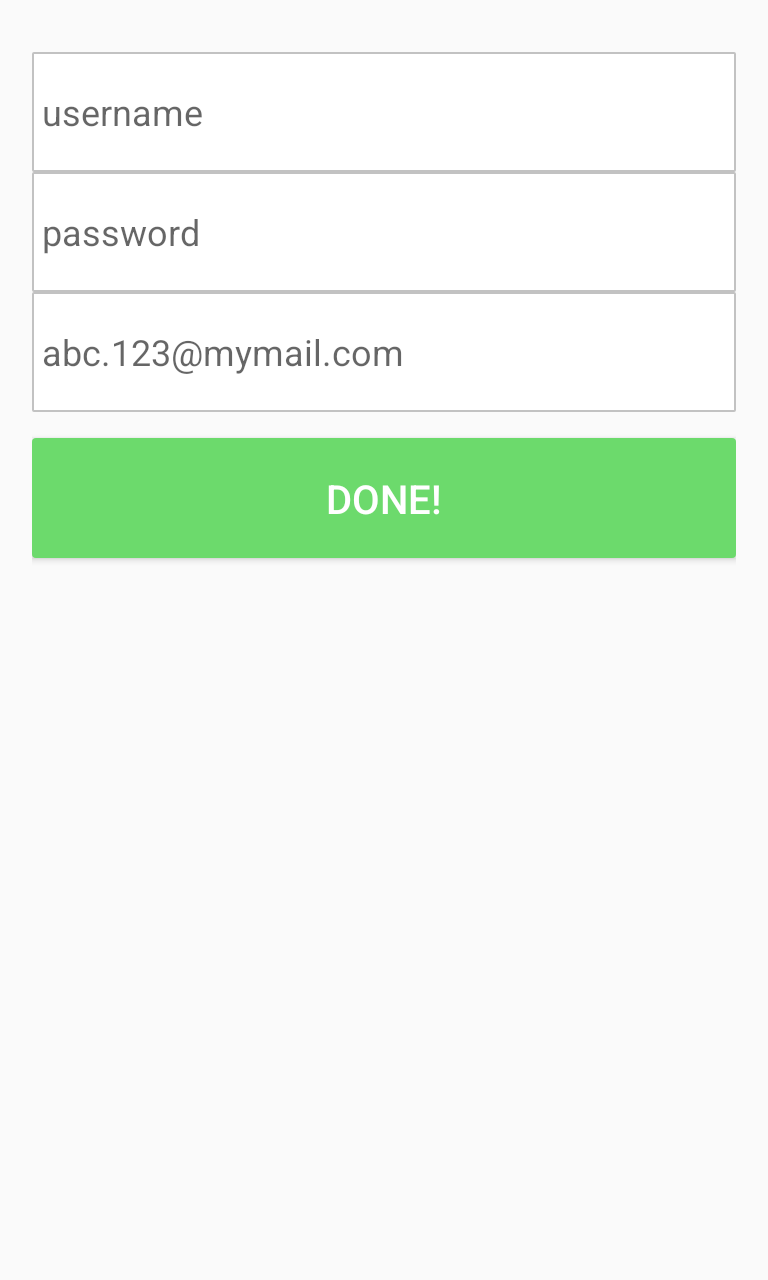
Repository: israelhill/Noteworthy
Layout: Noteworthy/res/layout/fragment_sign_up.xml
The author's editor kept a copy of each file at every save. The layout is drawn from the files as they stood at one save, then again after the next save.
It is drawn on a 768 x 1280 px phone screen (xhdpi) without system bars, with theme AppTheme; the app's code is not run.

Above is the layout before, as saved 2014-09-06 11:05:59.

After the next save:
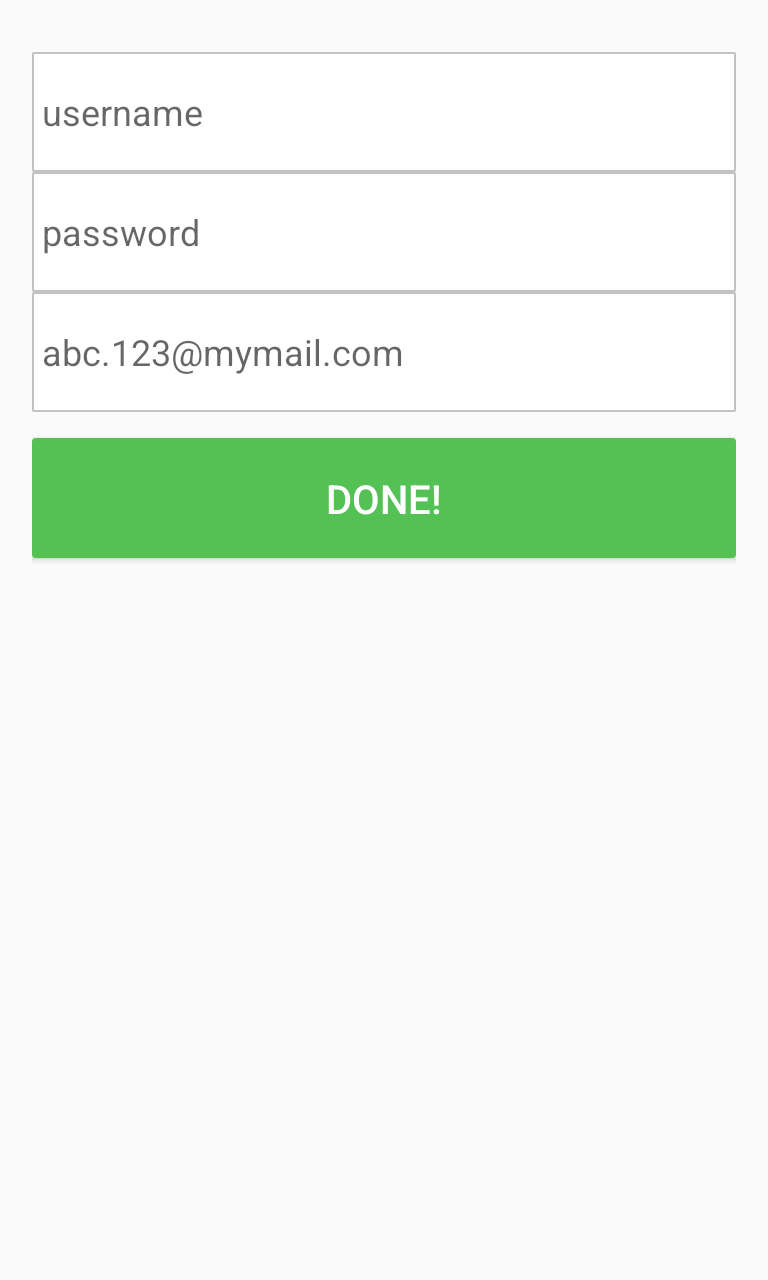
Saved 42 s later.
--- a/Noteworthy/res/values/color.xml
+++ b/Noteworthy/res/values/color.xml
@@ -3,7 +3,7 @@
     <color name="blue">#0099FF</color>
     <color name="white">#ffffff</color>
     <color name="gray">#C2C2C2</color>
-    <color name="green">#6CDA6C</color>
+    <color name="green">#53C153</color>
 
 
 </resources>
